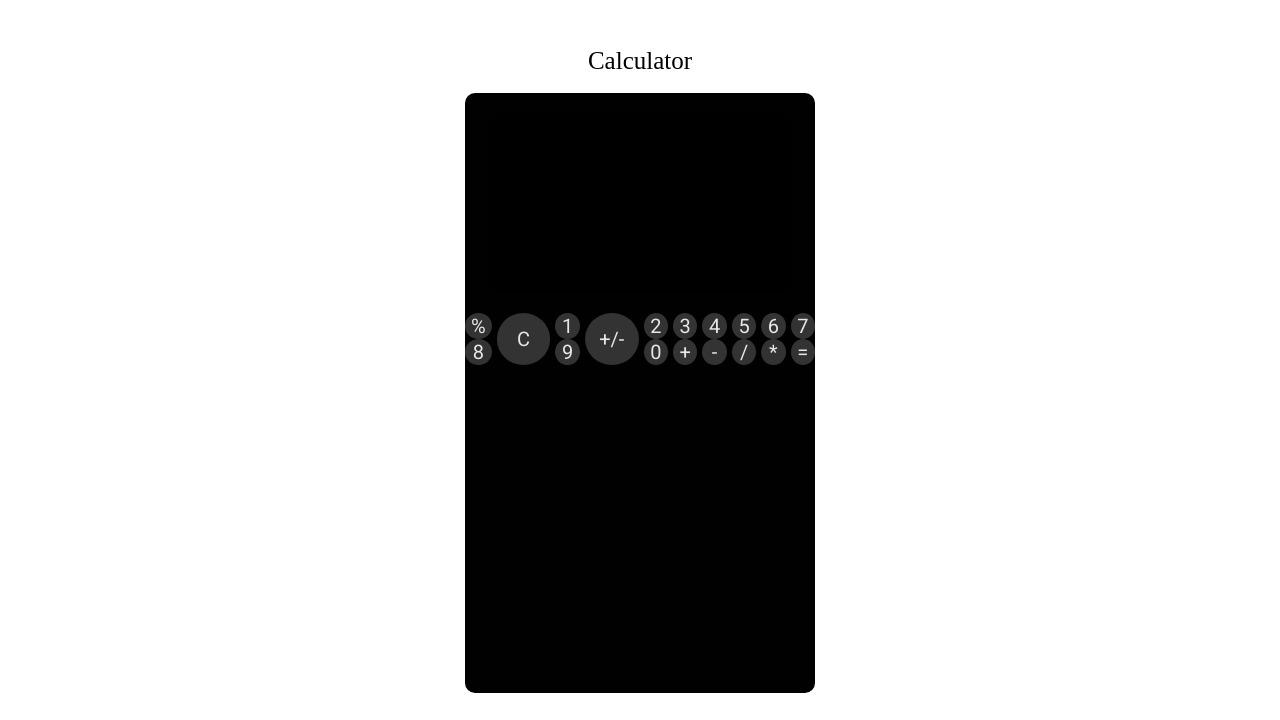
Repository: Gibon9/SimpleCalc
Page: index.html
The author's editor kept a copy of each file at every save. The page is drawn from the files as they stood at one save, then again after the next save.
The browser window is 1280 px wide. The pictures show the whole page.
Some web fonts or font styles are not loaded; a fallback is used.

Above is the page before, as saved 2020-11-27 19:04:09.

After the next save:
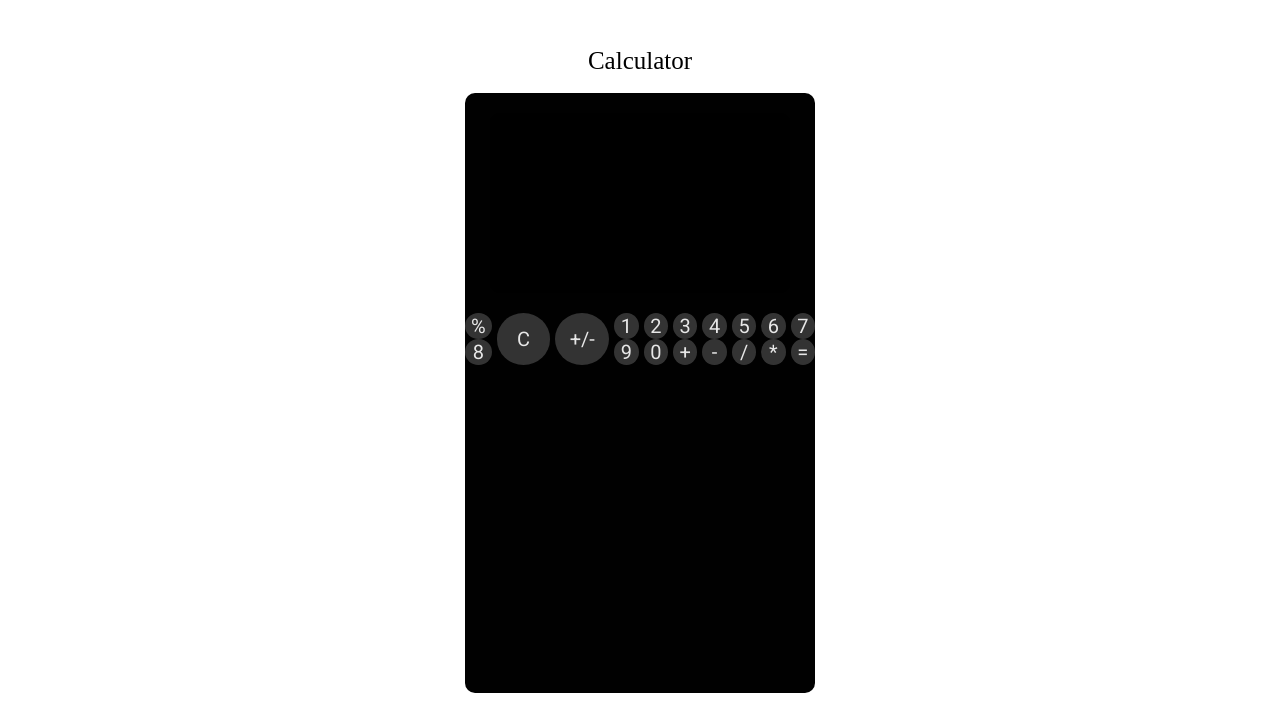
Saved 17 s later.
--- a/style/style.css
+++ b/style/style.css
@@ -70,6 +70,6 @@
 }
 
 .plus-minus-btn {
-  grid-column: 5/7;
+  grid-column: 4/6;
   grid-row: 1/3;
 }
